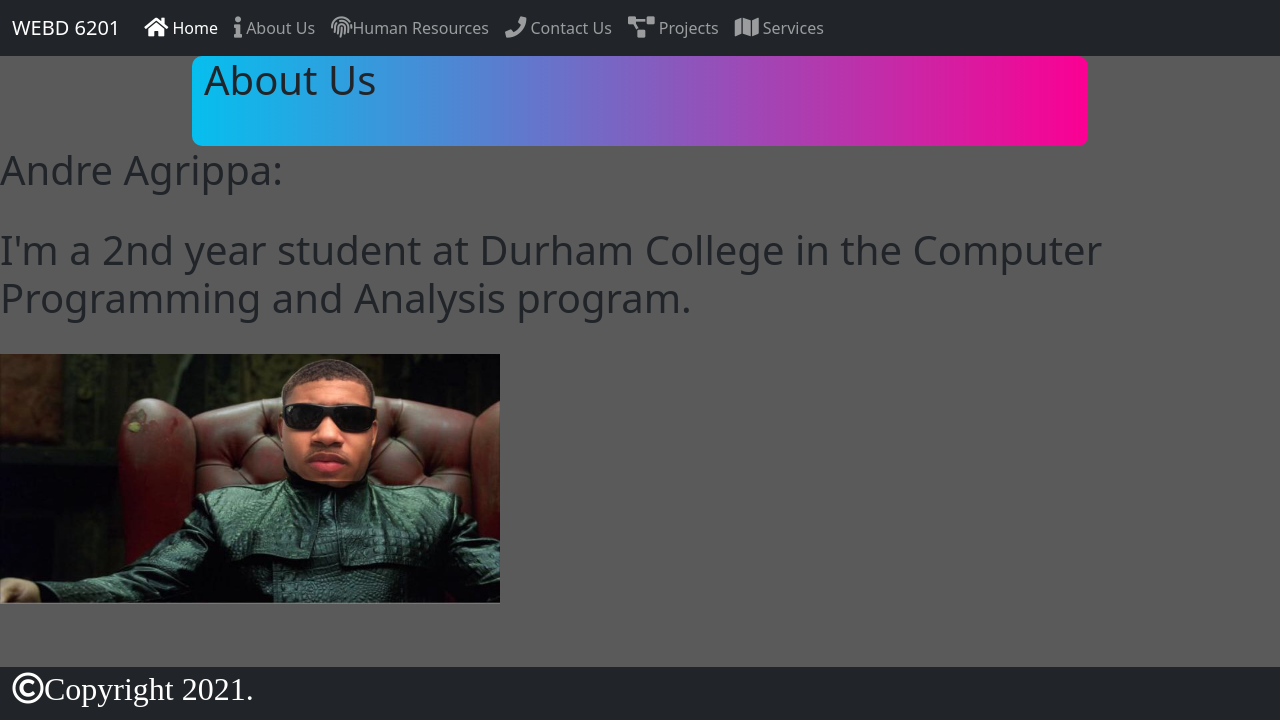
Repository: vans12345678/WEBD6201-W2021-Lab1
Page: about.html
The author's editor kept a copy of each file at every save. The page is drawn from the files as they stood at one save, then again after the next save.
The browser window is 1280 px wide. The pictures show the whole page.

Above is the page before, as saved 2021-01-30 21:23:01.

### about.html
<!DOCTYPE html>
<html lang="en">
<head>
    <meta charset="UTF-8">
    <meta name="viewport" content="width=device-width, initial-scale=1.0">
    <title>About Us</title>

    <!-- CSS Section -->
    <link rel="stylesheet" href="./node_modules/bootstrap/dist/css/bootstrap.min.css">
    <link rel="stylesheet" href="./node_modules/@fortawesome/fontawesome-free/css/all.min.css">
    <link rel="stylesheet" href="./Content/app.css">
</head>
<body>
  <!-- Main Header -->
    <header>
      <!-- Main Navigation -->
        <nav class="navbar navbar-expand-lg navbar-dark bg-dark">
            <div class="container-fluid">
              <a class="navbar-brand" href="index.html">WEBD 6201</a>
              <button class="navbar-toggler" type="button" data-bs-toggle="collapse" data-bs-target="#navbarSupportedContent" aria-controls="navbarSupportedContent" aria-expanded="false" aria-label="Toggle navigation">
                <span class="navbar-toggler-icon"></span>
              </button>
              <div class="collapse navbar-collapse" id="navbarSupportedContent">
                <ul class="navbar-nav me-auto mb-2 mb-lg-0">
                  <li class="nav-item">
                    <a class="nav-link active" aria-current="page" href="index.html"><i class="fas fa-home fa-lg"></i> Home</a>
                  </li>
                  <li class="nav-item">
                    <a class="nav-link" aria-current="page" href="about.html"><i class="fas fa-info fa-lg"></i> About Us</a>
                  </li>
                  <li class="nav-item">
                    <a class="nav-link" aria-current="page" href="human-resources.html"><i class="fas fa-fingerprint fa-lg"></i>Human Resources</a>
                  </li>
                  <li class="nav-item">
                    <a class="nav-link" aria-current="page" href="contact.html"><i class="fas fa-phone fa-lg"></i> Contact Us</a>
                  </li>
                  <li class="nav-item">
                    <a class="nav-link" aria-current="page" href="projects.html"><i class="fas fa-project-diagram fa-lg"></i> Projects</a>
                  </li>
                  <li class="nav-item">
                    <a class="nav-link" aria-current="page" href="services.html"><i class="fas fa-map fa-lg"></i> Services</a>
                  </li>
                </ul>
              </div>
            </div>
          </nav>
    </header>
  <!-- Main Contents -->
    <main>
        <h1 class = "container">About Us</h1>
        <h1 id="aboutAHeader"></h1>
        </br>
        <h1 id="aboutAText"></h1>
        </br>
        <img src="../images/morpheus.JPG" alt="" style="width:500px;height:250px;">
    </main>
    <!-- Main Footer -->
    <footer>
      <nav class="navbar fixed-bottom navbar-dark bg-dark">
          <div class="container-fluid">
              <h4><i class="far fa-copyright fa-lg site-footer">Copyright 2021.</i></h4>
          </div>
        </nav>
  </footer>
    <!-- Script Section -->
    <script src="./node_modules/jquery/dist/jquery.min.js"></script>
    <script src="./node_modules/bootstrap/dist/js/bootstrap.bundle.min.js"></script>
    <script src="./Scripts/app.js"></script>
</body>
</html>

### Content/app.css
/* custom css goes here */
.Vapor {
    background-image: url('../images/vapor.jpg');
    background-repeat: no-repeat;
    background-attachment: fixed;
    background-size: 100% 100%;
  }
  body
  {
    background-color: rgb(90, 90, 90);
  }
  h1.container{
    border-radius: 10px;
    width: 70%;
    height: 90px;
    margin: 0px auto;
    background: linear-gradient(90deg,#06bfee,#fb0093)
  }
  h1.projects{
    background-color: white;
  }
  .contact-table{
    width: 100%;
    margin:  50px auto;
    background-color: white;
  }
  .contact-form
  {
    width: 100%;
    margin:  100px auto;
  }
  .warnMessage
  {
    width: 90%;
    margin:  50px;
  }
  .site-footer {
    color:white;
  }

### Scripts/app.js
/************************************************************
 * Name: Andre Agrippa, Michai Pryce
 * Date: 01/20/2021
 * Description: This file adds functionality to the Home,
 * About Us, Human Resources, Contact Us, Projects and Services
 * pages.
 */

"use strict";


(function(){

    function displayHome()
    {

        let introText = "This is a simple site to demonstrate the specified requirements for Lab 1 WEBD 6201 - Client Side Scripting";
        let introTextElement = document.getElementById("introParagraph");

        introTextElement.textContent = introText;
        introTextElement.className = "fs-5 fw-bold text-center";

        mainContent.innerHTML =
        `<h1 id = "firstHeading">Welcome to WEBD6201 - Lab 1</h1>
        <p id = "paragraphOne" class = "fs-3 fw-bold">This is my first paragraph</p>
        `;

    }
    function displayAbout()
    {
        let andreHeader = "Andre Agrippa:";
        let andreText = "I'm a 2nd year student at Durham College in the Computer Programming and Analysis program.";

        //Projects 1
        let headerElement = document.getElementById("aboutAHeader");
        let descriptionElement = document.getElementById("aboutAText");
        headerElement.textContent = andreHeader;
        descriptionElement.textContent = andreText;




    }
    function displayProjects()
    {
        //Define text and id's
        let p1Text = "Project One: COBOL Item List";
        let p2Text = "Project Two: C#, XAML, MDF  Preferred Shares and Common Shares";
        let p3Text = "Project Three: ASP.NET and MVC Framework Animal Shelter";
        let p1Description = "This project reads records from a .dat file, performs calculations on the data" +
        " then outputs it to a .out file neatly formatted.";
        let p2Description = "This project uses XAML for the windows form and a database to keep track of common and preferred shares." +
        " The database keeps track of how many shares(common/preferred) are  available and validation is applied.";
        let p3Description = "This project is a web application that keeps track of animals, owners, appointment and login info in a database." +
        " Relational database concepts are applied.";

        //Projects 1
        let projectsTextElement = document.getElementById("p1");
        let p1DescriptionElement = document.getElementById("p1Description");
        projectsTextElement.textContent = p1Text;
        p1DescriptionElement.textContent = p1Description;

        //Projects 2
        projectsTextElement = document.getElementById("p2");
        p1DescriptionElement = document.getElementById("p2Description");
        projectsTextElement.textContent = p2Text;
        p1DescriptionElement.textContent = p2Description;
        //Projects 3
        projectsTextElement = document.getElementById("p3");
        p1DescriptionElement = document.getElementById("p3Description");
        projectsTextElement.textContent = p3Text;
        p1DescriptionElement.textContent = p3Description;




        //Assign styles



    }
    function displayServices()
    {

    }
    function displayContact()
    {

        let messageArea = document.getElementById("messageArea");
        messageArea.hidden = true;

        //form validation
        let fullName = document.getElementById("fullName");
        fullName.addEventListener("blur", function()
        {
            if(fullName.value.length < 2)
            {
                fullName.focus();
                fullName.select();
                messageArea.hidden = false;
                messageArea.className = "alert alert-danger warnMessage";
                messageArea.textContent = "Please enter an appropriate name > 2 characters";
            }
            else
            {
                messageArea.removeAttribute("class");
                messageArea.hidden = true;
            }
        });
            let sendButton = document.getElementById("sendButton");
            sendButton.addEventListener("click", function(event)
            {
                //event.preventDefault();
                // //Displays twice?

                let contact = new Contact(fullName.value,contactNumber.value, emailAddress.value, shortMessage.value);

                console.log(contact.serialize());
                if(contact.serialize())
                {
                    localStorage.setItem((localStorage.length + 1).toString(),contact.serialize());
                }
            });
    }
    function displayContactList()
    {
        if(localStorage.length > 0)
        {
            let contactList = document.getElementById("contactList");
            let data = "";

            for (let index = 0; index < localStorage.length; index++)
            {
                let contactData = localStorage.getItem((index + 1).toString());
                let contact = new Contact();

                contact.deserialize(contactData);

                data += `<tr>
                <th scope="row">${index + 1}</th>
                <td>${contact.FullName}</td>
                <td>${contact.ContactNumber}</td>
                <td>${contact.EmailAddress}</td>
                <td>${contact.ShortMessage}</td>
              </tr>`;
            }
            contactList.innerHTML = data;
        }

    }

    function Start()
    {
        console.log("App Started...");

        //Based of title of html
        switch(document.title)
        {
            case "Index":
                displayHome();
                break;
            case "About Us":
                displayAbout();
                break;
            case "Projects":
                displayProjects();
                break;
            case "Services":
                displayServices();
                break;
            case "Contact Us":
                displayContact();
                break;
            case "Contact-List":
                displayContactList();
                break;
        }


    }

    window.addEventListener("load", Start);

})();

Loaded but not shown: node_modules/bootstrap/dist/css/bootstrap.min.css (library); node_modules/@fortawesome/fontawesome-free/css/all.min.css (library); node_modules/jquery/dist/jquery.min.js (library); node_modules/bootstrap/dist/js/bootstrap.bundle.min.js (library)

After the next save:
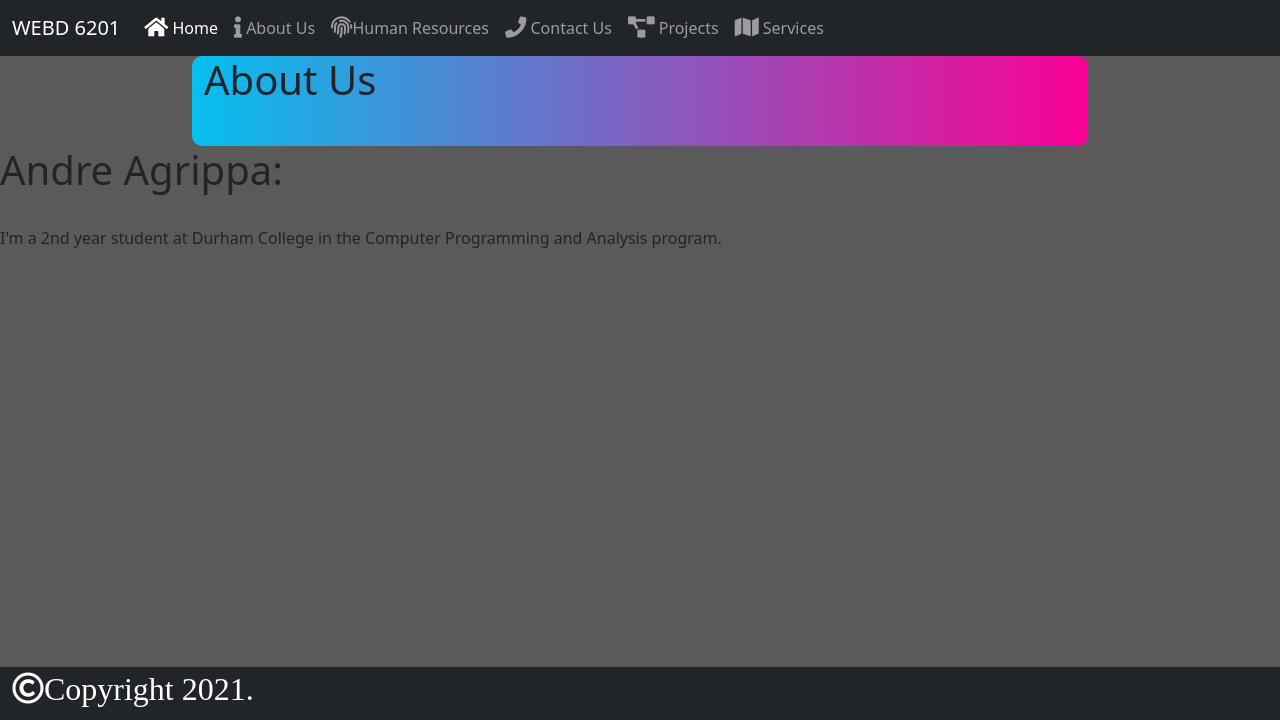
Saved 8 s later.
--- a/about.html
+++ b/about.html
@@ -50,7 +50,7 @@
         <h1 class = "container">About Us</h1>
         <h1 id="aboutAHeader"></h1>
         </br>
-        <h1 id="aboutAText"></h1>
+        <p id="aboutAText"></h1>
         </br>
         <img src="../images/morpheus.JPG" alt="" style="width:500px;height:250px;">
     </main>
